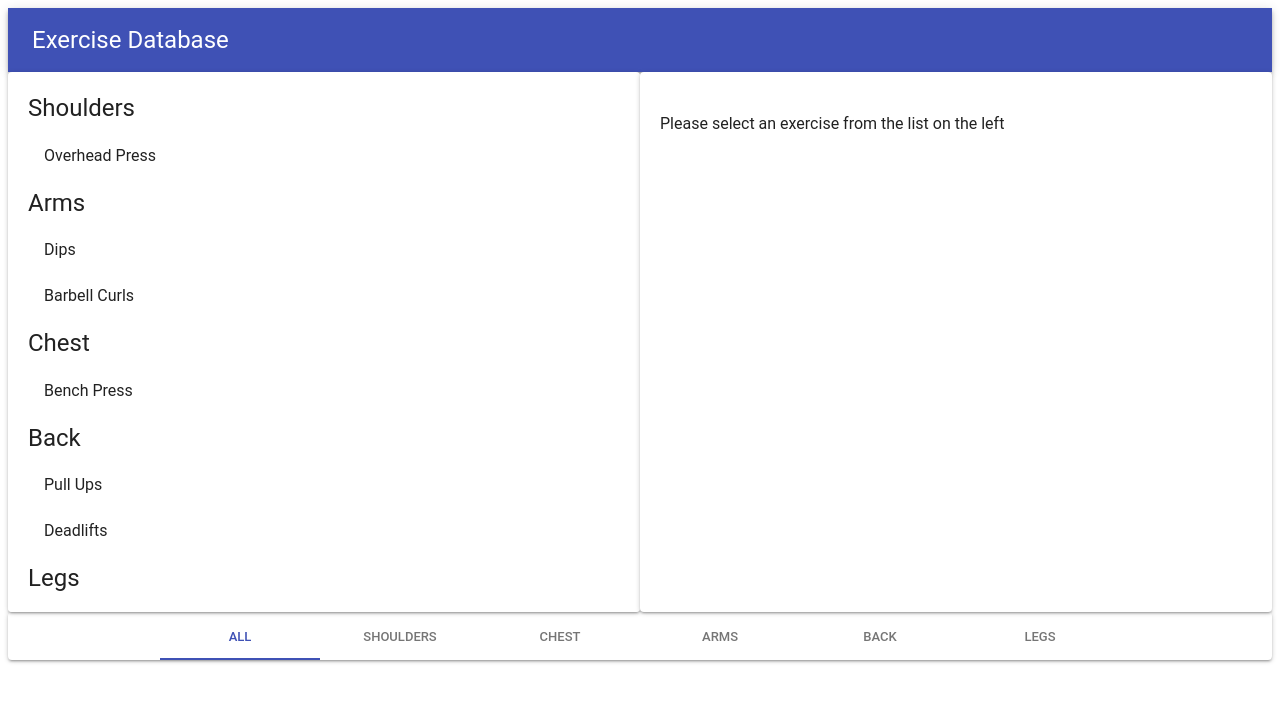
Repository: Votex874/material-ui
Page: /
These files come from the project's save history. The page is drawn as it stood at one moment and after the next save; the edit follows.
The browser window is 1280 px wide. The pictures show the whole page.
An inner scrolling area shows only its first screen. The project was rebuilt for these pictures with package versions that can differ from the ones it lists, and the page was loaded fresh each time.

Above is the page before, as saved 2019-03-24 14:17:02.

After the next save:
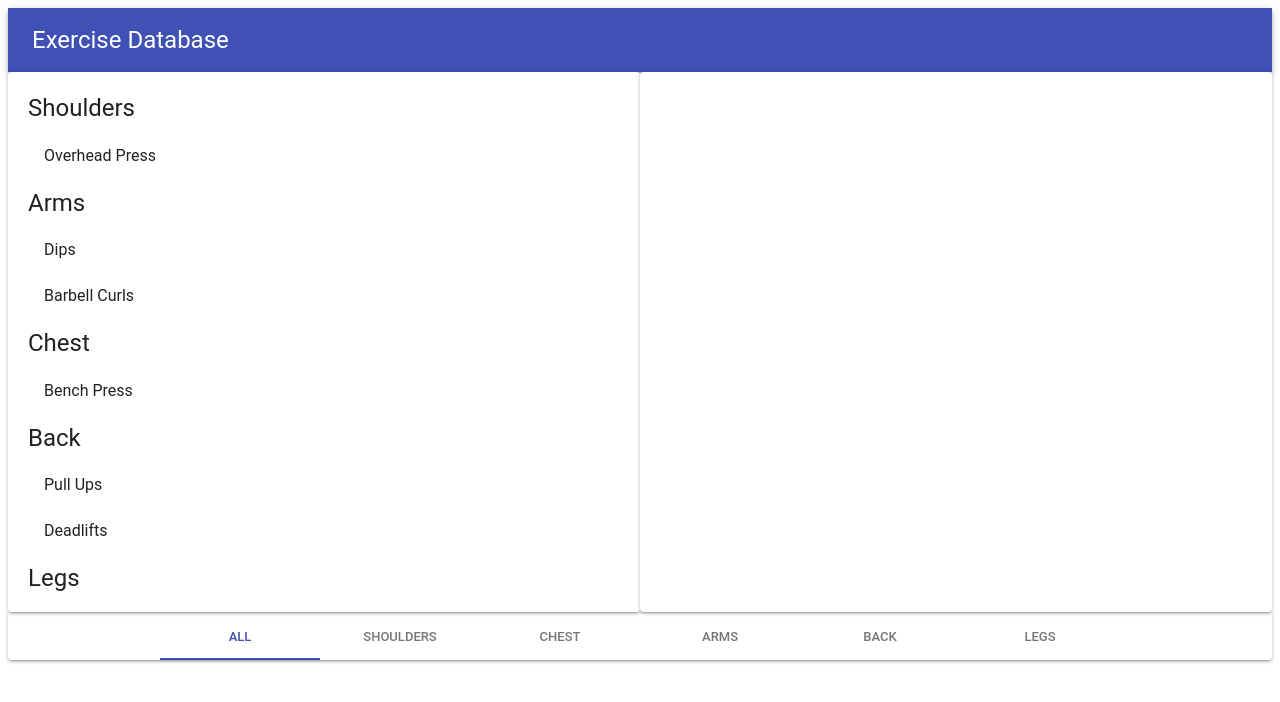
Saved 34 s later.
--- a/src/Components/Exercises/index.js
+++ b/src/Components/Exercises/index.js
@@ -12,7 +12,10 @@ const style = {
 
 export default ({
   exercises, category, onSelect,
-  exercise: { id, title = 'Welcome!', description }
+  exercise: {
+    id,
+    title = 'Welcome!',
+    description = 'Please select an exercise from the list on the left' }
   }) =>
   <Grid container>
     <Grid item sm>
@@ -55,7 +58,7 @@ export default ({
         <Typography
           variant='subheading'
           style={{marginTop: 20}}
-        >Please select an exercise from the list on the left</Typography>
+        ></Typography>
       </Paper>
     </Grid>
   </Grid>
